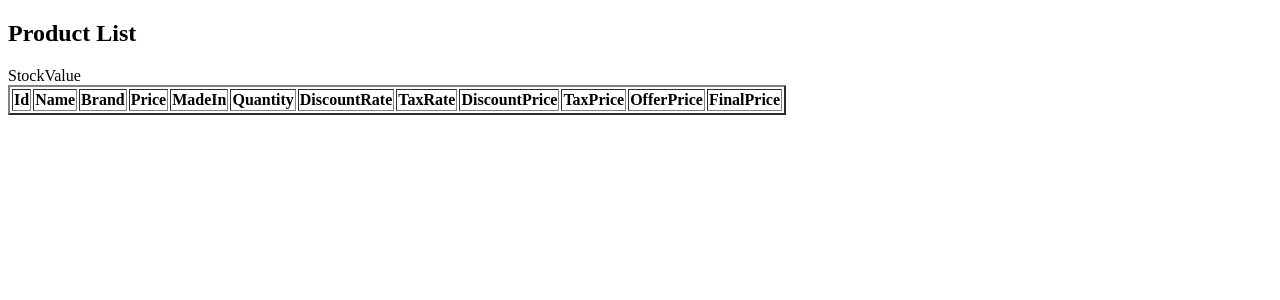
Repository: SandeepSurumenu/RaghavaSandeep
Page: http://localhost/Product-List
These files come from the project's save history. The page is drawn as it stood at one moment and after the next save; the edit follows.
The browser window is 1280 px wide. The pictures show the whole page.
The page is this project's Thymeleaf template; nobody is signed in. The template is opened directly, without the code that normally fills it, so the values that code supplies are empty.

Above is the page before, as saved 2024-12-22 17:07:15.

After the next save:
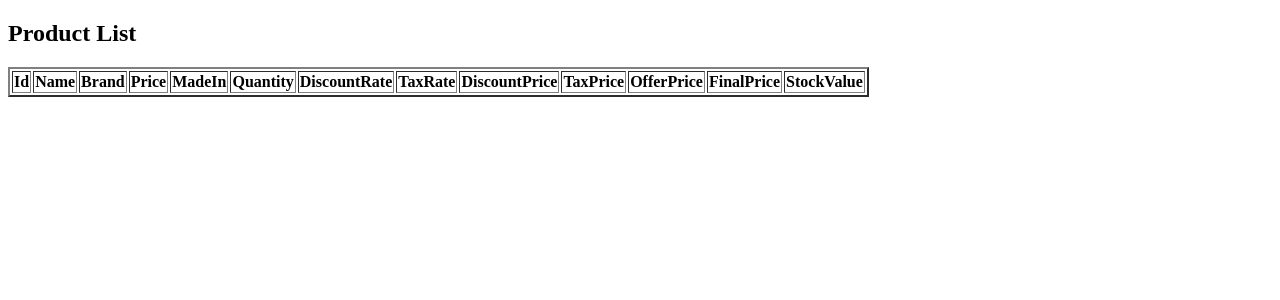
Saved 90 s later.
--- a/springBootMVC--2/src/main/resources/templates/Product-List.html
+++ b/springBootMVC--2/src/main/resources/templates/Product-List.html
@@ -22,7 +22,7 @@
                     <th>TaxPrice</th>
                     <th>OfferPrice</th>
                     <th>FinalPrice</th>
-                    <th0>StockValue</th>
+                    <th>StockValue</th>
                 </tr>
             </thead>
             <tbody>
